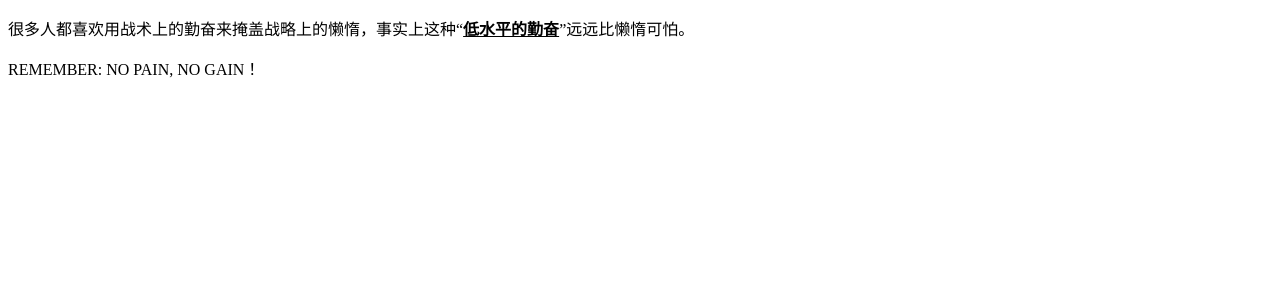
Repository: SharkPem/WebLearn
Page: learn_html_css_1/practise_14.html
The author's editor kept a copy of each file at every save. The page is drawn from the files as they stood at one save, then again after the next save.
The browser window is 1280 px wide. The pictures show the whole page.

Above is the page before, as saved 2022-03-29 09:31:51.

After the next save:
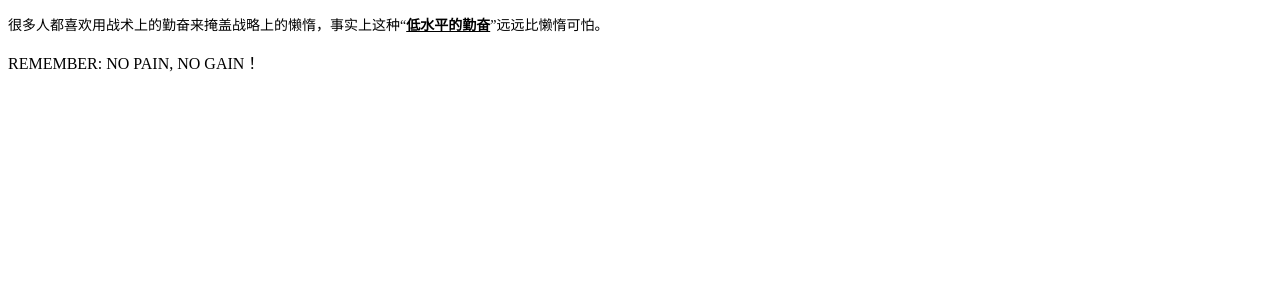
Saved 69 s later.
--- a/learn_html_css_1/practise_14.html
+++ b/learn_html_css_1/practise_14.html
@@ -5,6 +5,10 @@
     <title>practise_14</title>
 
     <style type="text/css">
+        #one{
+            font-size: 14px;
+            text-align: 28px;
+        }
         #two{
             font-weight: bold;
             text-decoration:underline;
